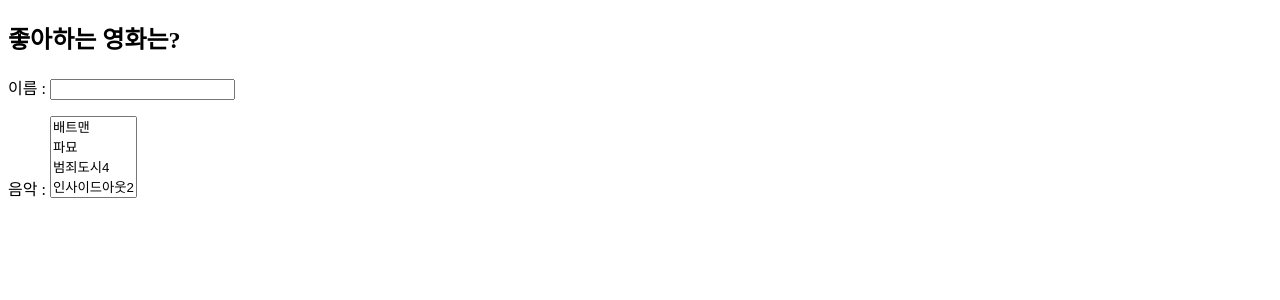
Repository: SongHyeSun/JSP
Page: jspSrc17/och08/src/main/webapp/movie.html
An editor plug-in stored every save of this project. The page is shown before and after the next save, followed by the edit.
The browser window is 1280 px wide. The pictures show the whole page.

Above is the page before, as saved 2024-07-15 03:11:03.

After the next save:
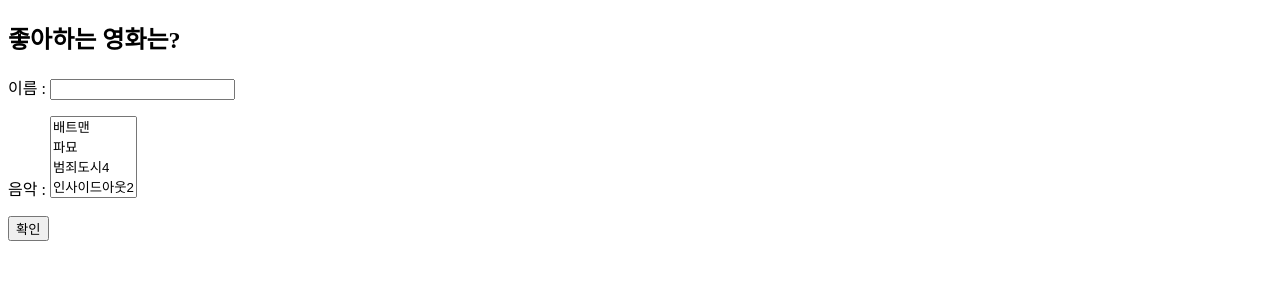
Saved 31 s later.
--- a/jspSrc17/och08/src/main/webapp/movie.html
+++ b/jspSrc17/och08/src/main/webapp/movie.html
@@ -15,7 +15,9 @@
 			<option value="인사이드아웃2">인사이드아웃2</option>
 			<option value="댓글부대">댓글부대2</option>
 			<option value="하이재킹">하이재킹</option>
+			<option value="원더랜드">원더랜드</option>
 		</select><p>
+		<input type="submit" value="확인">
 	</form>
 </body>
 </html>
